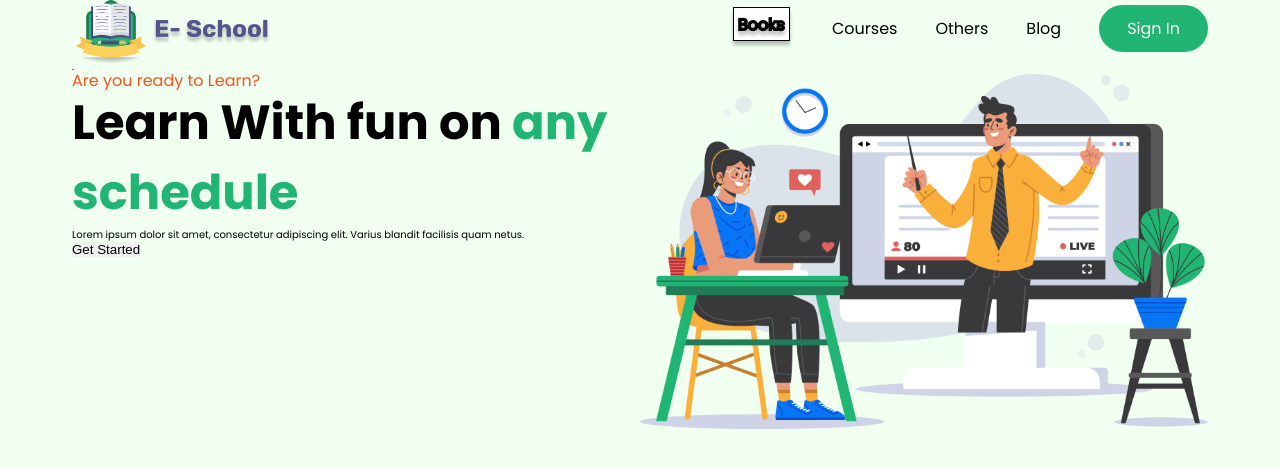
Repository: bijaythakur-code/E-school
Page: index.html
These files come from the project's save history. The page is drawn as it stood at one moment and after the next save; the edit follows.
The browser window is 1280 px wide. The pictures show the whole page.

Above is the page before, as saved 2022-05-11 15:07:18.
Console error: TypeError: Cannot set properties of null (setting 'textContent')

After the next save:
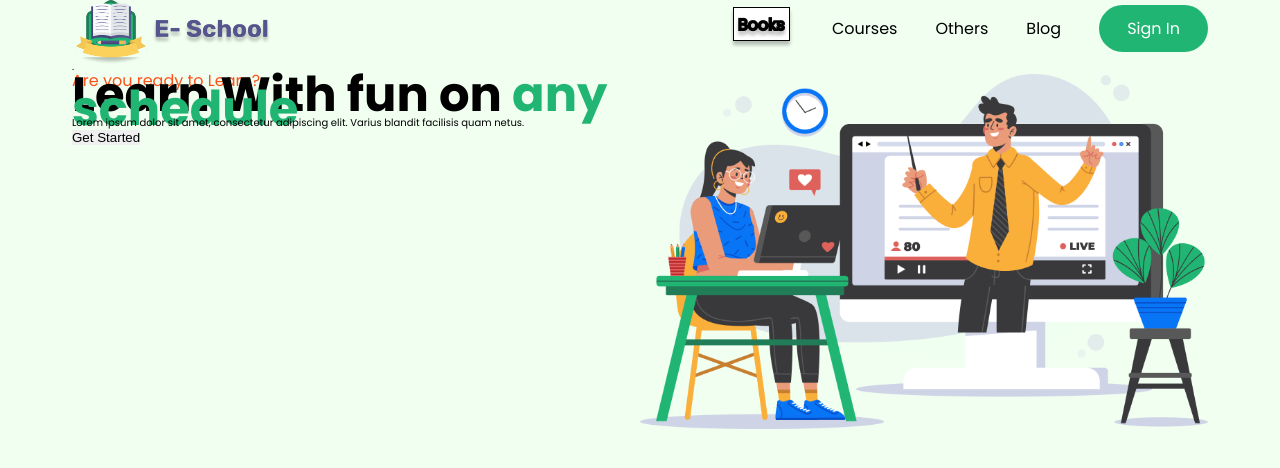
Saved 27 s later.
--- a/css/style.css
+++ b/css/style.css
@@ -63,7 +63,7 @@
 
   font-weight: 700;
   font-size: 48px;
-  line-height: 146%;
+  /* line-height: 146%; */
   color: #000000;
 }
 

After the save that followed:
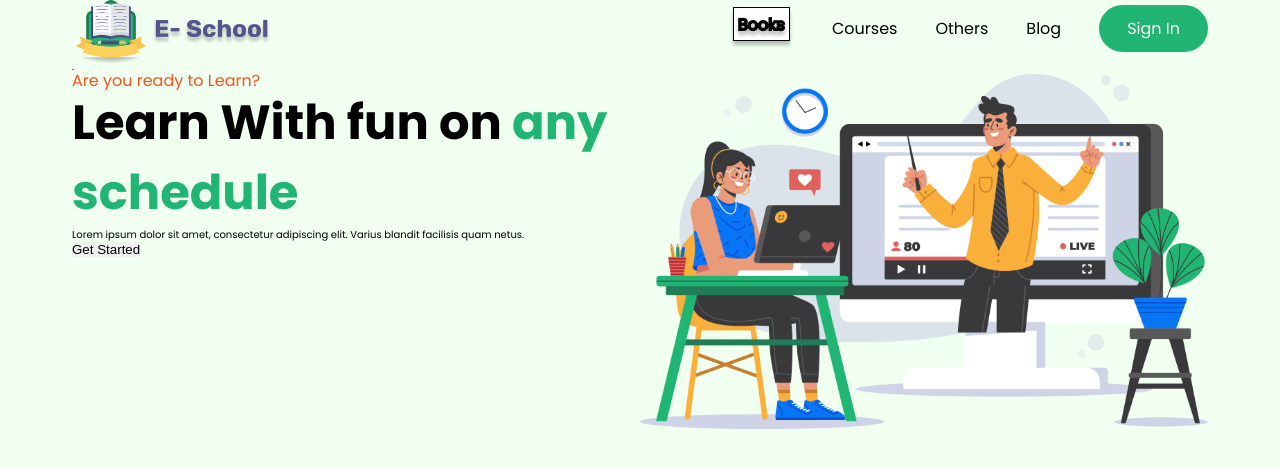
Saved 14 s later.
--- a/css/style.css
+++ b/css/style.css
@@ -63,7 +63,7 @@
 
   font-weight: 700;
   font-size: 48px;
-  /* line-height: 146%; */
+  line-height: 146%;
   color: #000000;
 }
 
